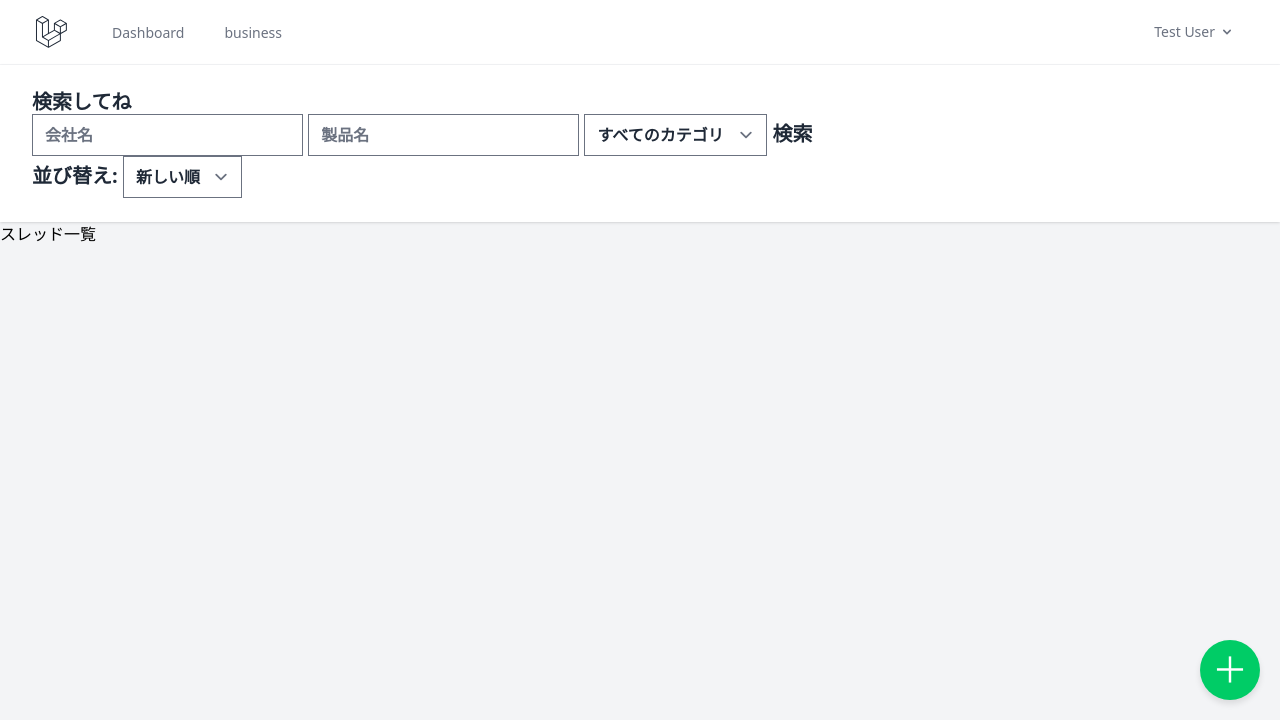
Repository: kyoko-shiraishi/Reproduce
Page: http://localhost/home
The author's editor kept a copy of each file at every save. The page is drawn from the files as they stood at one save, then again after the next save.
The browser window is 1280 px wide. The pictures show the whole page.
Some web libraries are served in a nearby version. The page is served by the project's Laravel application, run on PHP 8.4 with Laravel 12. A made-up administrator, Test User (test@example.com), is signed in. Style sheets and scripts are compiled from the project's sources, by tool versions that may differ from the author's. Queries for data that is not in the repository find no rows.

Above is the page before, as saved 2024-10-21 12:13:18.

After the next save:
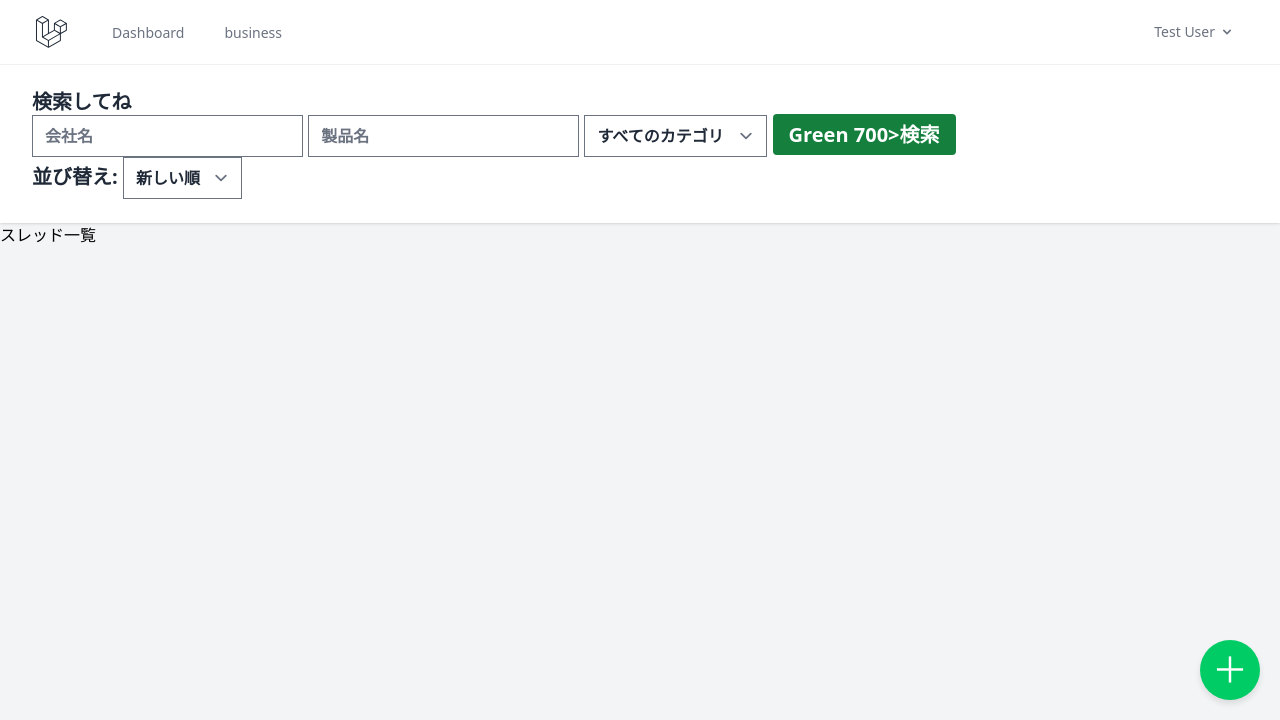
Saved 5 min 15 s later.
--- a/resources/views/please/home.blade.php
+++ b/resources/views/please/home.blade.php
@@ -15,7 +15,7 @@
                     @endforeach
                 </select>
 
-                <button type=”submit”>検索</button>
+                <button type=”submit” class="bg-green-700 hover:bg-green-600 text-white rounded px-4 py-2">Green 700>検索</button>
 
                 <div class="sorting-dropdown">
                     <label for="sort">並び替え:</label>
